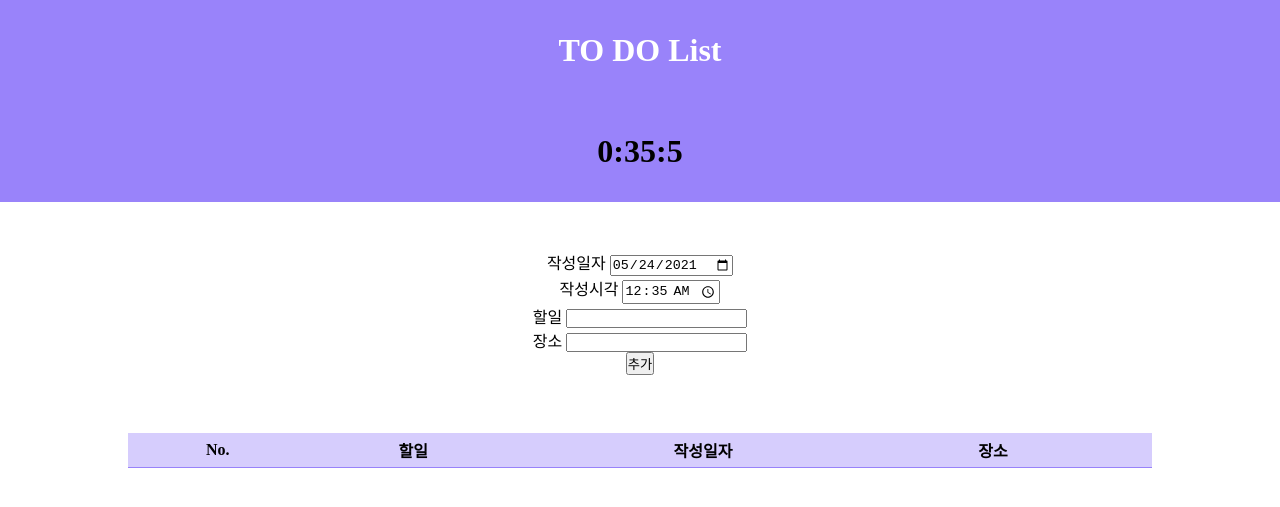
Repository: soyeon-noh/TodoList_Project
Page: http://localhost/Server_PR_TodoList/
These files come from the project's save history. The page is drawn as it stood at one moment and after the next save; the edit follows.
The browser window is 1280 px wide. The pictures show the whole page.
The page is served by Tomcat 9. Other server files are loaded and not shown. Queries for data that is not in the repository find no rows.

Above is the page before, as saved 2021-05-25 02:30:05.

### Server_PR_TodoList/src/main/webapp/WEB-INF/views/home.jsp
<%@ page language="java" contentType="text/html; charset=UTF-8"
    pageEncoding="UTF-8"%>
<%@ taglib uri="http://java.sun.com/jsp/jstl/core"
			prefix="c"%>
<c:set value="${pageContext.request.contextPath}"
		var="rootPath"/>
<!DOCTYPE html>
<html>
<head>
<meta charset="UTF-8">
<title>TODOList 메인화면</title>
<link href="${rootPath}/static/css/home.css?ver5" rel="stylesheet"/>

<style>

</style>


</head>
  <body>
  	<%@ include file="/WEB-INF/views/include_nav.jsp" %>
    <form class ="v1" method="POST">
    	<div>
    		<label for="date">작성일자</label>
    		<input name="td_date"
    				type="date" value="${TD.td_date}">
    	</div>

    	<div>
    		<label for="time">작성시각</label>
    		<input name="td_time"
    				type="time" value="${TD.td_time}">
    	</div>

    	<div>
    		<label for="todo">할일</label>
    		<input name="td_todo"
    				type="text" value="${TD.td_todo}">
    	</div>

    	<div>
    		<label for="place">장소</label>
    		<input name="td_place"
    				type="text" value="${TD.td_place}">
    	</div>
   		<button class="btn_insert">추가</button>
    </form>

    <table id="tdlist">
      <tr>
        <th>No.</th>
        <th>할일</th>
        <th>작성일자</th>
        <th>장소</th>
        <th></th>
      </tr>
      <c:forEach items="${TDLIST}" var="TD" varStatus="i">
        <tr>
          <td>${i.count}</td>
          <td>${TD.td_todo}</td>
          <td>${TD.td_date}</td>
          <td>${TD.td_place}</td>
          <td><button class="btn_update" data-seq="${TD.td_seq}" type="button">
          		수정</button>
          		<button class="btn_delete" data-seq="${TD.td_seq}" type="button">
          		삭제</button></td>
        </tr>
      </c:forEach>
    </table>
  </body>

  <script>
  // html 코드가 다 화면에 뜨고 나서 실행하라는 명렁
  // 아래 한 줄의 코드가 있어야 어디든디 script를 넣을 수 있다.
	document.addEventListener("DOMContentLoaded",function(){
		document.querySelector("table#tdlist")
		.addEventListener("click", function(ev){
			let className = ev.target.className

			if(className == "btn_delete"){

				let seq = ev.target.dataset.seq
				alert(seq + " 삭제가 완료되었습니다.");

				document
				.location
				.replace( "${rootPath}" +
						"/UD/delete?td_seq="
						+ seq )

			} else if(className == "btn_update"){

				let seq = ev.target.dataset.seq;

				document
				.location
				.href= "${rootPath}" +
						"/UD/update?td_seq="
						+ seq
			}

		})
	})
  </script>

</html>

### Server_PR_TodoList/src/main/webapp/WEB-INF/views/include_nav.jsp
<%@ page language="java" contentType="text/html; charset=UTF-8"
    pageEncoding="UTF-8"%>

<style>
	* {
		margin: 0;
		padding: 0;
		box-sizing: border-box;
	}

    h1.clock {
        color: black;
        text-align: center;
        background-color: rgba(153, 131, 250, 20);
        padding: 2rem;
    }

</style>
<h1>TO DO List</h1>
<h2 class="date"></h2>
<h1 class="clock"></h1>
<script>
	let date = document.querySelector(".date");

    function getDate(){
        const time = new Date();
        const year = time.getUTCFullYear();
        const month = time.getUTCMonth();
        const day = time.getUTCDay();
        date.textContent = year + "-" + month + "-" + day;
    }



	let clock = document.querySelector(".clock");

	function getTime() {
		  const time = new Date();
		  const hour = time.getHours();
		  const minutes = time.getMinutes();
		  const seconds = time.getSeconds();
		  clock.textContent = hour + ":" + minutes + ":" + seconds;


	}

	function init() {
	  setInterval(getTime, 1000);
	}

	init();
</script>

### Server_PR_TodoList/src/main/java/com/callor/todo/controller/HomeController.java
package com.callor.todo.controller;

import java.io.IOException;
import java.text.SimpleDateFormat;
import java.util.Date;
import java.util.List;

import javax.servlet.ServletException;
import javax.servlet.annotation.WebServlet;
import javax.servlet.http.HttpServlet;
import javax.servlet.http.HttpServletRequest;
import javax.servlet.http.HttpServletResponse;

import com.callor.todo.model.TodoListVO;
import com.callor.todo.service.TodoService;
import com.callor.todo.service.impl.TodoServiceImplV1;

@WebServlet("/")
public class HomeController extends HttpServlet{

	protected TodoService tdService;
	public HomeController() {
		tdService = new TodoServiceImplV1();
	}
	@Override
	protected void doGet(HttpServletRequest req, HttpServletResponse resp) throws ServletException, IOException {
		// TODO selectAll()
		List<TodoListVO> tdList = tdService.selectAll();
		req.setAttribute("TDLIST", tdList);

		// TODO insert()
		TodoListVO tdVO = new TodoListVO();

		// SimpleDateFormat : 날짜 및 시간을 형식화하고 구문 분석하는 메소드 제공
		SimpleDateFormat sd = new SimpleDateFormat("yyyy-MM-dd");
		SimpleDateFormat st = new SimpleDateFormat("HH:mm:ss");

		// 현재시간을 저장
		Date date = new Date(System.currentTimeMillis());

		// 현재 시간을 변환해 VO에 넣어준다
		tdVO.setTd_seq(0L);
		tdVO.setTd_date(sd.format(date));
		tdVO.setTd_time(st.format(date));

		req.setAttribute("TD", tdVO);

		// home.jsp 화면을 보여줘라
		RequestController.reqController(req, resp, "home");
	}
	@Override
	protected void doPost(HttpServletRequest req, HttpServletResponse resp) throws ServletException, IOException {
		// TODO insert()

		// 한글 인코딩 세팅
		req.setCharacterEncoding("UTF-8");

		// user가 입력한 data 확인
		String td_date = req.getParameter("td_date");
		String td_time = req.getParameter("td_time");
		String td_todo = req.getParameter("td_todo");
		String td_place = req.getParameter("td_place");

		TodoListVO tdVO = new TodoListVO();
		tdVO.setTd_date(td_date);
		tdVO.setTd_time(td_time);
		tdVO.setTd_todo(td_todo);
		tdVO.setTd_place(td_place);

		tdService.insert(tdVO);

		System.out.println("insert : " + tdVO);

		resp.sendRedirect("/todo");
	}

}

### Server_PR_TodoList/src/main/java/com/callor/todo/service/impl/TodoServiceImplV1.java
package com.callor.todo.service.impl;

import java.sql.Connection;
import java.sql.PreparedStatement;
import java.sql.ResultSet;
import java.sql.SQLException;
import java.util.ArrayList;
import java.util.List;

import com.callor.todo.config.DbInfo;
import com.callor.todo.config.MySQLConnection;
import com.callor.todo.model.TodoListVO;
import com.callor.todo.service.TodoService;

public class TodoServiceImplV1 implements TodoService{

	// 먼저 db와 연결
	protected Connection dbConn;

	public TodoServiceImplV1() {
		dbConn = MySQLConnection.getDBConnection();
	}


	protected List<TodoListVO> select(PreparedStatement pStr) throws SQLException{
		// TODO DB로부터 데이터를 받아와 List에 저장
		List<TodoListVO> tdList = new ArrayList<TodoListVO>();

		ResultSet rSet = pStr.executeQuery();
		while(rSet.next()) {
			TodoListVO tdVO = new TodoListVO();
			tdVO.setTd_seq(rSet.getLong(DbInfo.td_seq));
			tdVO.setTd_date(rSet.getString(DbInfo.td_date));
			tdVO.setTd_time(rSet.getString(DbInfo.td_time));
			tdVO.setTd_todo(rSet.getString(DbInfo.td_todo));
			tdVO.setTd_place(rSet.getString(DbInfo.td_place));
			tdList.add(tdVO);
		}

		// 데이터 확인
		System.out.println("select : " + tdList.toString());
		return tdList;
	}

	@Override
	public List<TodoListVO> selectAll() {
		// TODO List 전체 데이터 조회

		String sql = " SELECT * FROM tbl_todo_list ";
		sql += " ORDER BY td_date DESC, td_time DESC ";

		PreparedStatement pStr = null;

		try {
			pStr = dbConn.prepareStatement(sql);
			List<TodoListVO> tdList = this.select(pStr);
			pStr.close();

			System.out.println("selectAll : " + tdList.toString());
			return tdList;
		} catch (SQLException e) {
			// TODO Auto-generated catch block
			e.printStackTrace();
		}
		return null;
	}

	@Override
	public TodoListVO findById(Long seq) {
		// TODO 일련번호로 조회
		String sql = " SELECT * FROM tbl_todo_list ";
		sql += " WHERE td_seq = ? ";

		PreparedStatement pStr = null;

		try {
			pStr = dbConn.prepareStatement(sql);
			pStr.setLong(1, seq);

			List<TodoListVO> tdList = this.select(pStr);

			pStr.close();

			if(tdList != null && tdList.size() > 0) {
				return tdList.get(0);
			}


		} catch (SQLException e) {
			// TODO Auto-generated catch block
			e.printStackTrace();
		}
		return null;
	}

	@Override
	public List<TodoListVO> findByDate(String td_date) {
		// TODO 날짜로 조회
		String sql = " SELECT * FROM tbl_todo_list ";
		sql += " WHERE td_date = ? ";

		PreparedStatement pStr = null;

		try {
			pStr = dbConn.prepareStatement(sql);
			pStr.setString(1, td_date);

			List<TodoListVO> tdList = this.select(pStr);

			pStr.close();
			return tdList;

		} catch (SQLException e) {
			// TODO Auto-generated catch block
			e.printStackTrace();
		}
		return null;
	}

	@Override
	public List<TodoListVO> findByTodo(String td_todo) {
		// TODO 할일내용으로 조회
		return null;
	}

	@Override
	public List<TodoListVO> findByPlace(String td_place) {
		// TODO 장소로 조회
		return null;
	}

	@Override
	public Integer insert(TodoListVO tdVO) {
		// TODO 데이터 추가

		String sql = " INSERT INTO tbl_todo_list ";
		sql += " ( ";
		sql += " td_date, ";
		sql += " td_time, ";
		sql += " td_todo, ";
		sql += " td_place) ";
		sql += " VALUES( ?,?,?,? ) ";


		// SQL 구문을 실행시키는 객체
		PreparedStatement pStr = null;

		try {
			pStr = dbConn.prepareStatement(sql);
			pStr.setString(1, tdVO.getTd_date());
			pStr.setString(2, tdVO.getTd_time());
			pStr.setString(3, tdVO.getTd_todo());
			pStr.setString(4, tdVO.getTd_place());

			return pStr.executeUpdate();

		} catch (SQLException e) {
			// TODO Auto-generated catch block
			e.printStackTrace();
		}
		return null;
	}


	@Override
	public Integer update(TodoListVO tdVO) {
		// TODO 데이터 업데이트
		String sql = " UPDATE tbl_todo_list SET ";
		sql += " td_date = ?, ";
		sql += " td_time = ?, ";
		sql += " td_todo = ?, ";
		sql += " td_place = ? ";

		sql += " WHERE td_seq = ? ";

		PreparedStatement pStr = null;

		try {
			pStr = dbConn.prepareStatement(sql);
			pStr.setString(1, tdVO.getTd_date());
			pStr.setString(2, tdVO.getTd_time());
			pStr.setString(3, tdVO.getTd_todo());
			pStr.setString(4, tdVO.getTd_place());

			pStr.setLong(5, tdVO.getTd_seq());
			return pStr.executeUpdate();

		} catch (SQLException e) {
			// TODO Auto-generated catch block
			e.printStackTrace();
		}

		return null;
	}

	@Override
	public Integer delete(Long seq) {
		// TODO 데이터 삭제

		String sql = " DELETE FROM tbl_todo_list ";
		sql += "WHERE td_seq = ?";

		PreparedStatement pStr = null;

		try {
			pStr = dbConn.prepareStatement(sql);
			pStr.setLong(1, seq);
			return pStr.executeUpdate();

		} catch (SQLException e) {
			// TODO Auto-generated catch block
			e.printStackTrace();
		}
		return null;
	}
}

### Server_PR_TodoList/src/main/java/com/callor/todo/config/MySQLConnection.java
package com.callor.todo.config;

import java.sql.Connection;
import java.sql.DriverManager;
import java.sql.SQLException;

public class MySQLConnection {

	private static Connection dbConn;

	static {

		String jdbcDriver = "com.mysql.cj.jdbc.Driver";
		String url = "jdbc:mysql://localhost:3306/todolist";
		String username = "tdUser";
		String password = "12345";

		try {
			Class.forName(jdbcDriver);
			if(dbConn == null) {
				dbConn = DriverManager.getConnection(url, username, password);
			}
			System.out.println("MySQL 접속 성공!!");
		} catch (ClassNotFoundException e) {
			System.out.println("MySQL Driver 를 찾을 수 없음");
		} catch (SQLException e) {
			System.out.println("MySQL DBMS 연결 실패");
		}
	}

	public static Connection getDBConnection() {
		return dbConn;
	}

}

### Server_PR_TodoList/src/main/java/com/callor/todo/model/TodoListVO.java
package com.callor.todo.model;

import lombok.AllArgsConstructor;
import lombok.Getter;
import lombok.NoArgsConstructor;
import lombok.Setter;
import lombok.ToString;

@Getter
@Setter
@ToString
@NoArgsConstructor
@AllArgsConstructor
public class TodoListVO {

	private Long td_seq;	//BIGINT
    private String td_date;	//VARCHAR(20)
    private String td_time;	//VARCHAR(20)
	private String td_todo;	//VARCHAR(200)
    private String td_place;	//VARCHAR(125)
}

### Server_PR_TodoList/src/main/java/com/callor/todo/controller/RequestController.java
package com.callor.todo.controller;

import java.io.IOException;

import javax.servlet.ServletException;
import javax.servlet.http.HttpServlet;
import javax.servlet.http.HttpServletRequest;
import javax.servlet.http.HttpServletResponse;

public class RequestController extends HttpServlet{

	public static void reqController (HttpServletRequest req,
			HttpServletResponse resp, String file) throws ServletException, IOException {

		String root = "/WEB-INF/views/" + file + ".jsp";

		req.getRequestDispatcher(root)
		.forward(req, resp);


	}

}

### Server_PR_TodoList/src/main/webapp/static/css/home.css
@charset "UTF-8";

/* 여백 초기화 */
* {
	margin: 0;
	padding: 0;
	box-sizing: border-box;
}

h1 {
	color: white;
	text-align: center;
	background-color: rgba(153,131,250,1);
	padding: 2rem;

}

form.v1 {
	text-align: center;
	padding: 3rem;
}

form.v1 label {
	text-align: right;
}

table {
	border-collapse: collapse;
	width: 80%;
	margin: 10px auto;
}

td, th {
	border-bottom: 1px solid #9882FA;
	padding: 5px;
	text-align: center;
}

th {
	background-color: rgba(153,131,250,0.4);
}

After the next save:
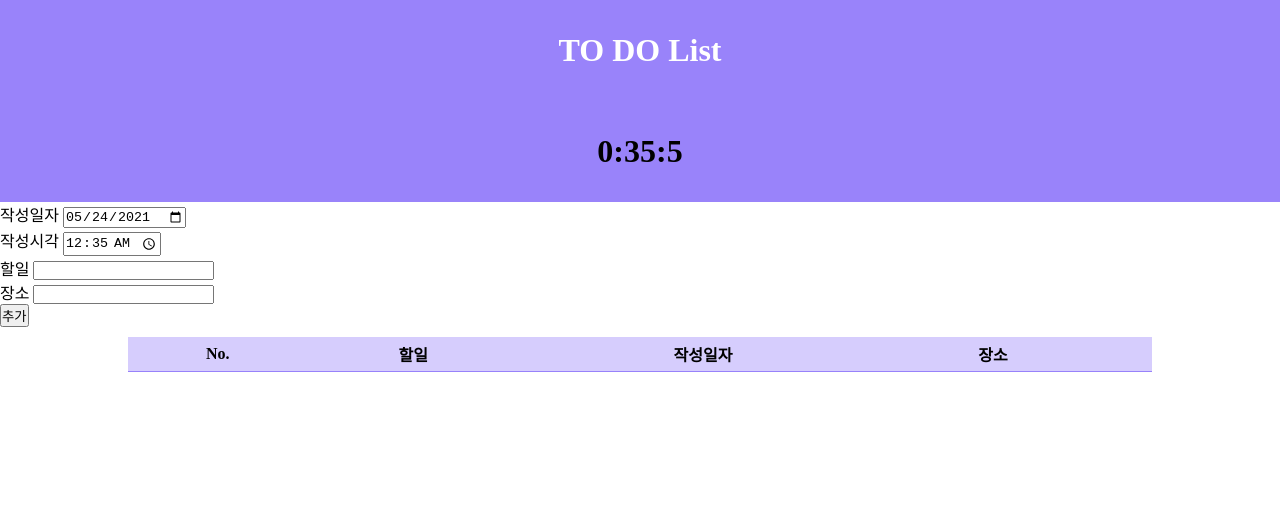
Saved 11 s later.
--- a/Server_PR_TodoList/src/main/webapp/static/css/home.css
+++ b/Server_PR_TodoList/src/main/webapp/static/css/home.css
@@ -15,10 +15,7 @@
 
 }
 
-form.v1 {
-	text-align: center;
-	padding: 3rem;
-}
+
 
 form.v1 label {
 	text-align: right;

After the save that followed:
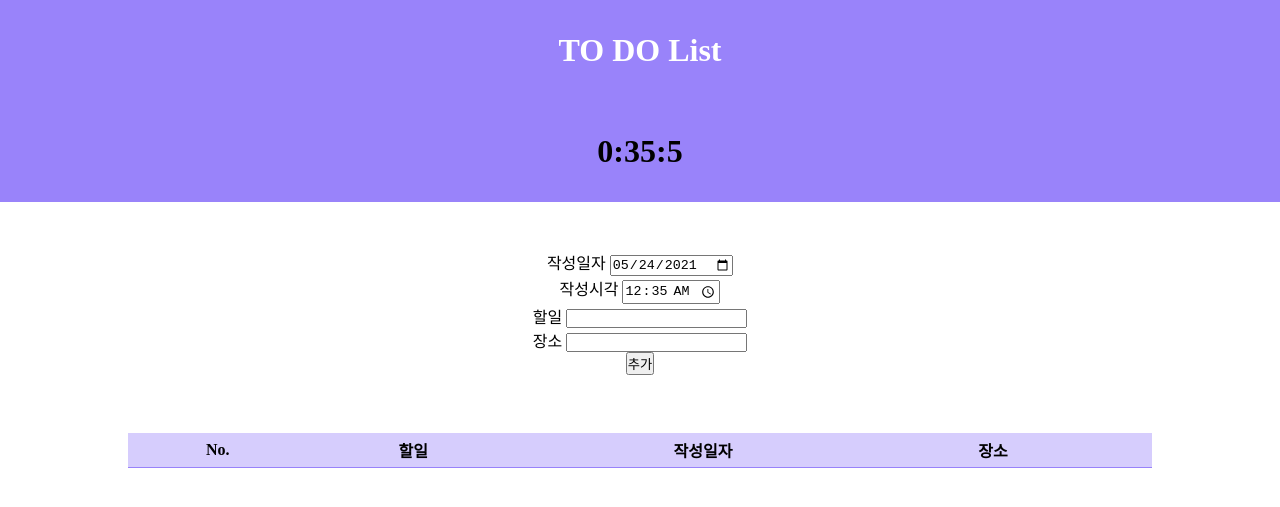
Saved 14 s later.
--- a/Server_PR_TodoList/src/main/webapp/static/css/home.css
+++ b/Server_PR_TodoList/src/main/webapp/static/css/home.css
@@ -15,7 +15,10 @@
 
 }
 
-
+form.v1 {
+	text-align: center;
+	padding: 3rem;
+}
 
 form.v1 label {
 	text-align: right;
